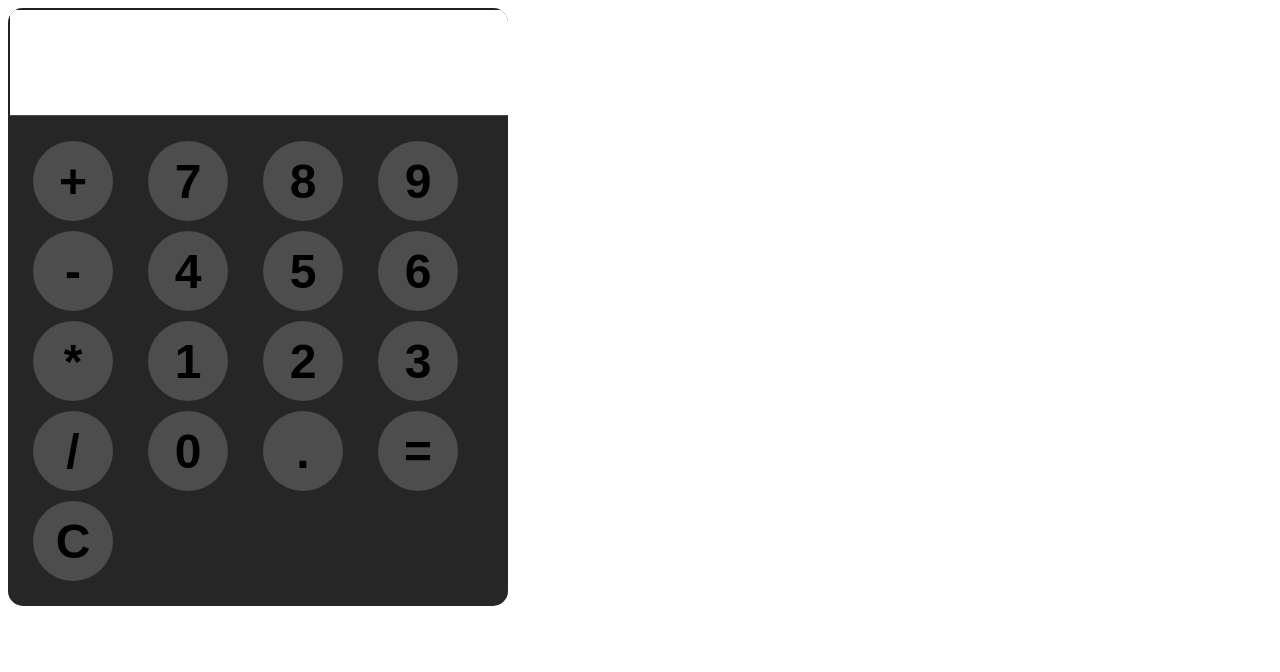
Repository: Haakim19/JavaScript
Page: Calculater/Main.html
An editor plug-in stored every save of this project. The page is shown before and after the next save, followed by the edit.
The browser window is 1280 px wide. The pictures show the whole page.

Above is the page before, as saved 2024-10-22 21:45:21.

### Calculater/Main.html
<!DOCTYPE html>
<html lang="en">
<head>
    <meta charset="UTF-8">
    <meta name="viewport" content="width=device-width, initial-scale=1.0">
    <title>Calculator</title>
    <link rel="stylesheet" href="Main.css">
</head>
<body>
    <div class="calculator">
        <input id= "display" readonly>
        <div class="keys">
            <button onclick="appentToDisplay('+')">+</button>
            <button onclick="appentToDisplay('7')">7</button>
            <button onclick="appentToDisplay('8')">8</button>
            <button onclick="appentToDisplay('9')">9</button>
            <button onclick="appentToDisplay('-')">-</button>
            <button onclick="appentToDisplay('4')">4</button>
            <button onclick="appentToDisplay('5')">5</button>
            <button onclick="appentToDisplay('6')">6</button>
            <button onclick="appentToDisplay('*')">*</button>
            <button onclick="appentToDisplay('1')">1</button>
            <button onclick="appentToDisplay('2')">2</button>
            <button onclick="appentToDisplay('3')">3</button>
            <button onclick="appentToDisplay('/')">/</button>
            <button onclick="appentToDisplay('0')">0</button>
            <button onclick="appentToDisplay('.')">.</button>
            <button onclick="calculate()">=</button>
            <button onclick="clear">C</button>
        </div>
    </div>

</body>
</html>

### Calculater/Main.css
.calculator{
    font-family: monospace;
    background-color: hsl(0, 0%, 15%);
    border-radius: 15px;
    max-width: 500px;
    overflow: hidden;
}
#display{
    padding: 25px;
    font-size: 3rem;
    color: white;
    text-align: right;
    border-bottom: 1px solid hsl(0, 0%, 30%);
}
.keys{
    display: grid;
    grid-template-columns: repeat(4, 1fr);
    gap: 10px;
    padding: 25px;
}
button{
    width: 80px;
    height: 80px;
    border-radius: 50px;
    border: none;
    font-size: 3rem;
    background-color: hsl(0, 0%, 30%);
    font-weight: bold;
    cursor: pointer;
}

After the next save:
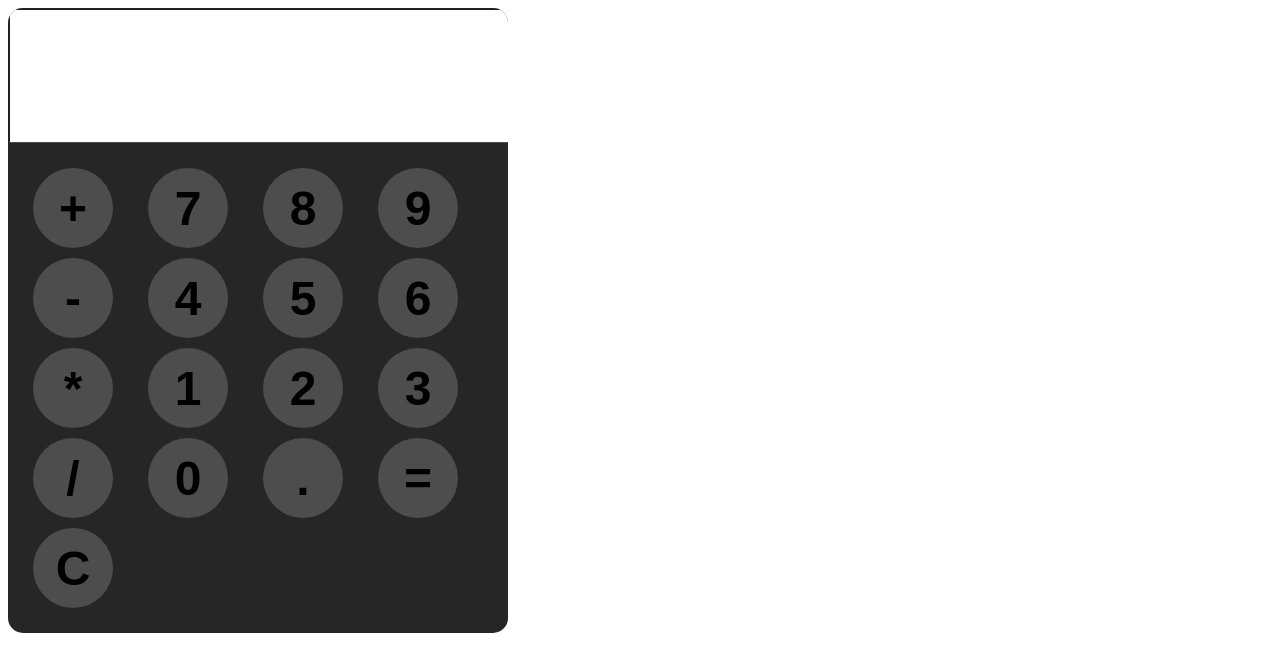
Saved 42 s later.
--- a/Calculater/Main.css
+++ b/Calculater/Main.css
@@ -6,8 +6,8 @@
     overflow: hidden;
 }
 #display{
-    padding: 25px;
-    font-size: 3rem;
+    padding: 20px;
+    font-size: 5rem;
     color: white;
     text-align: right;
     border-bottom: 1px solid hsl(0, 0%, 30%);
